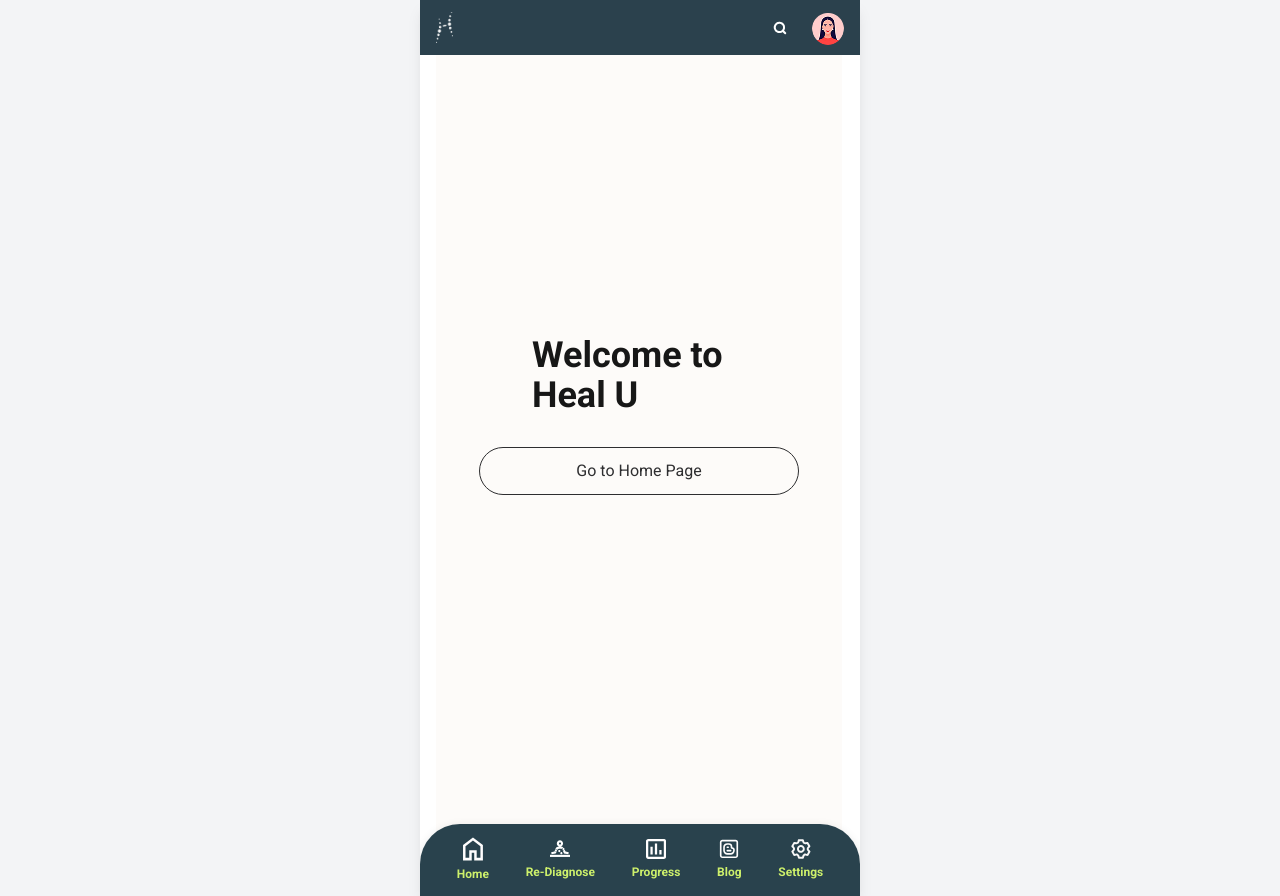
Repository: patcha-d3/heal_u
Page: /
An editor plug-in stored every save of this project. The page is shown before and after the next save, followed by the edit.
The browser window is 1280 px wide. The pictures show the whole page.
The project was rebuilt for these pictures with package versions that can differ from the ones it lists, and the page was loaded fresh each time. The framework's server and built-in components were replaced by stand-ins that run in the browser. Also part of the build but not shown: next.config.js, next.config.mjs.

Above is the page before, as saved 2025-05-08 11:06:41.

After the next save:
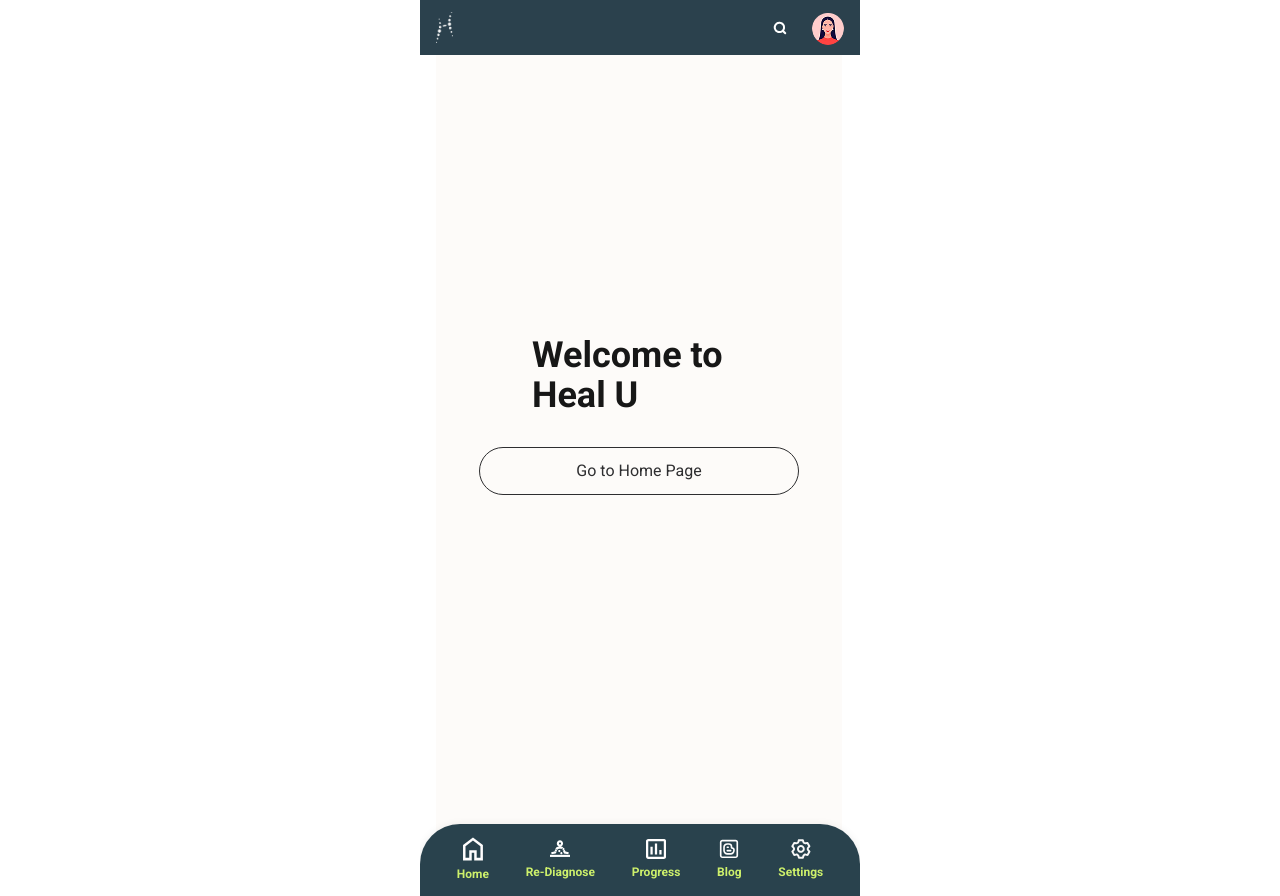
Saved 4 min 43 s later.
--- a/app/layout.js
+++ b/app/layout.js
@@ -34,8 +34,8 @@ export default function RootLayout({ children }) {
 				className={`${geistSans.variable} ${geistMono.variable} ${roboto.className} antialiased`}
 				suppressHydrationWarning
 			>
-				<div className='min-h-screen w-full flex items-center justify-center bg-gray-100'>
-					<div className='w-[440px] h-[896px] bg-white shadow-lg relative overflow-hidden flex flex-col'>
+				<div className='min-h-screen w-full flex items-center justify-center'>
+					<div className='w-[440px] h-[896px] relative overflow-hidden flex flex-col'>
 						<TopNav />
 						<main className='flex-1 overflow-y-auto'>
 							<div className='w-[406px] h-[800px] bg-[#FDFBF9] mx-4 mb-4'>
